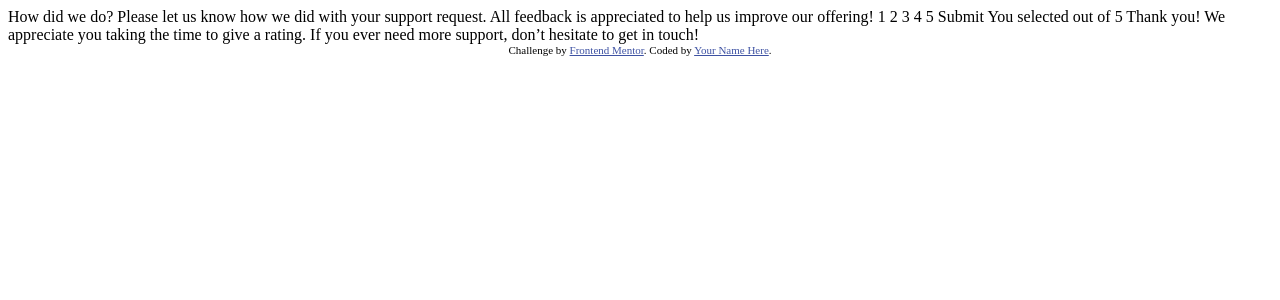
Repository: blordeus/interactive-rating-component-main
Page: index.html
These files come from the project's save history. The page is drawn as it stood at one moment and after the next save; the edit follows.
The browser window is 1280 px wide. The pictures show the whole page.

Above is the page before, as saved 2023-08-21 09:44:00.
Console error: TypeError: Cannot read properties of undefined (reading 'fn')

### index.html
<!DOCTYPE html>
<html lang="en">
<head>
  <meta charset="UTF-8">
  <meta name="viewport" content="width=device-width, initial-scale=1.0"> <!-- displays site properly based on user's device -->

  <link rel="icon" type="image/png" sizes="32x32" href="./images/favicon-32x32.png">
  <title>Frontend Mentor | Interactive rating component</title>
  <!-- <link rel="stylesheet" href="https://unpkg.com/tachyons@4.12.0/css/tachyons.min.css"/> -->
  <!-- Compressed CSS -->

<!-- Compressed JavaScript -->
  <!-- Feel free to remove these styles or customise in your own stylesheet 👍 -->
  <style>
    .attribution { font-size: 11px; text-align: center; }
    .attribution a { color: hsl(228, 45%, 44%); }
  </style>
</head>
<body class="m-9">

  <!-- Rating state start -->

  How did we do?

  Please let us know how we did with your support request. All feedback is appreciated
  to help us improve our offering!

  1 2 3 4 5

  Submit

  <!-- Rating state end -->

  <!-- Thank you state start -->

  You selected <!-- Add rating here --> out of 5

  Thank you!

  We appreciate you taking the time to give a rating. If you ever need more support,
  don’t hesitate to get in touch!

  <!-- Thank you state end -->


  <div class="attribution">
    Challenge by <a href="https://www.frontendmentor.io?ref=challenge" target="_blank">Frontend Mentor</a>.
    Coded by <a href="#">Your Name Here</a>.
  </div>
  <script src="https://cdn.jsdelivr.net/npm/foundation-sites@6.8.1/dist/js/foundation.min.js" crossorigin="anonymous"></script>
</body>
</html>

After the next save:
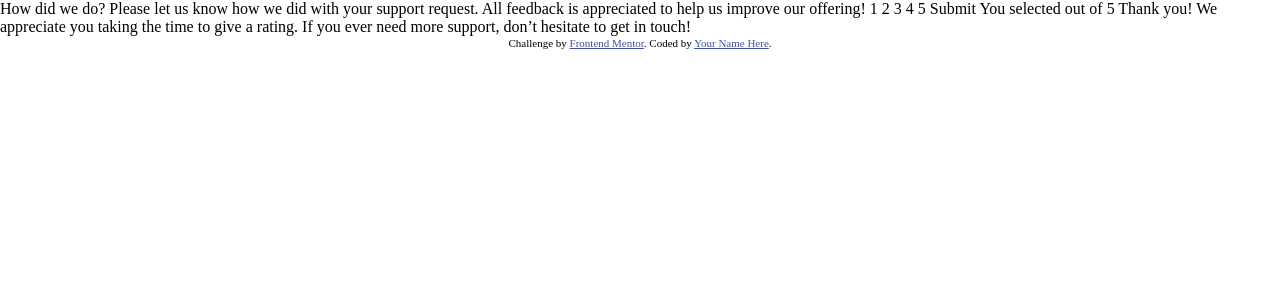
Saved 7 s later.
--- a/index.html
+++ b/index.html
@@ -6,7 +6,7 @@
 
   <link rel="icon" type="image/png" sizes="32x32" href="./images/favicon-32x32.png">
   <title>Frontend Mentor | Interactive rating component</title>
-  <!-- <link rel="stylesheet" href="https://unpkg.com/tachyons@4.12.0/css/tachyons.min.css"/> -->
+  <link rel="stylesheet" href="https://unpkg.com/tachyons@4.12.0/css/tachyons.min.css"/>
   <!-- Compressed CSS -->
 
 <!-- Compressed JavaScript -->
